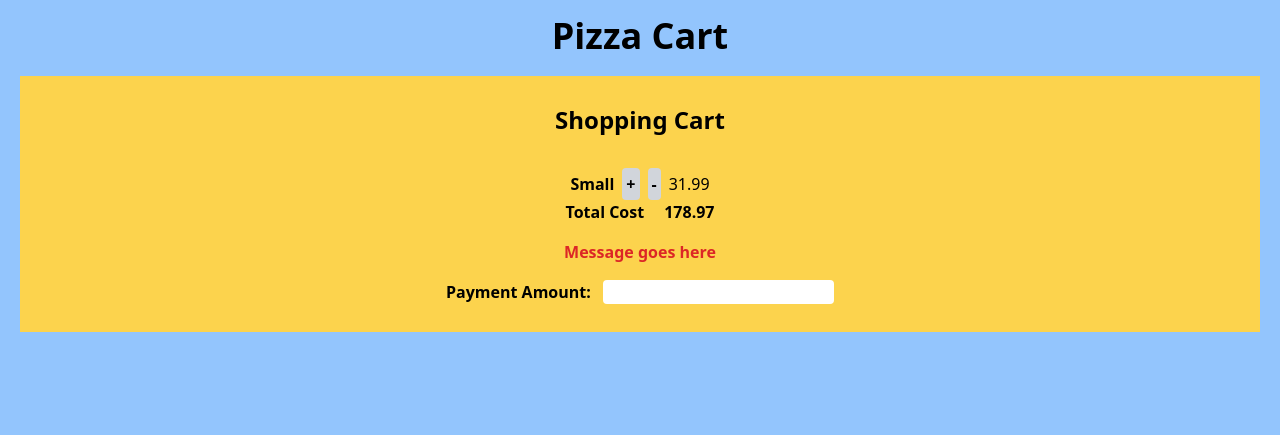
Repository: lasity34/pizza_cart
Page: index.html
The author's editor kept a copy of each file at every save. The page is drawn from the files as they stood at one save, then again after the next save.
The browser window is 1280 px wide. The pictures show the whole page.
Some web libraries are served in a nearby version.

Above is the page before, as saved 2023-07-11 08:49:08.

After the next save:
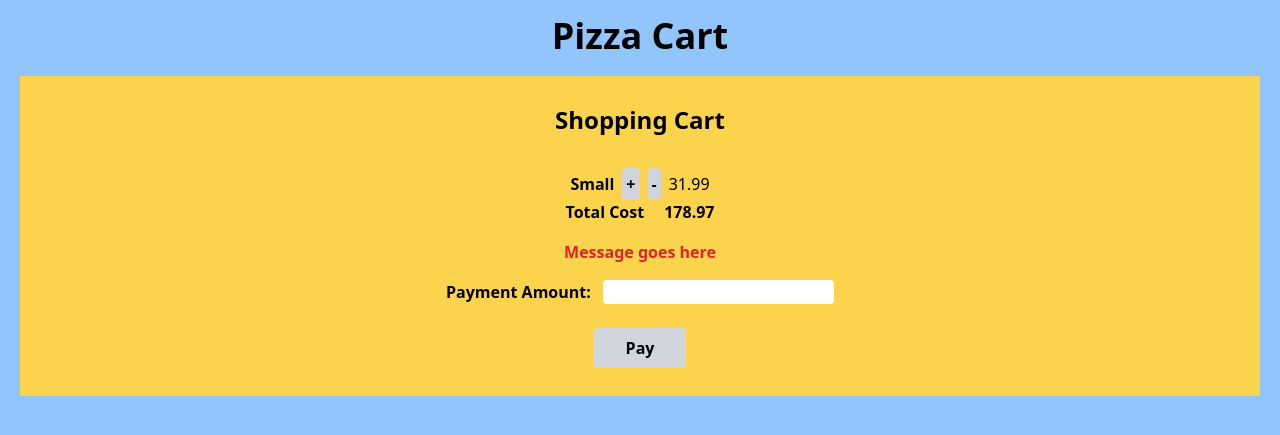
Saved 2 min 28 s later.
--- a/index.html
+++ b/index.html
@@ -42,6 +42,9 @@
             <label class="font-bold">Payment Amount:</label>
             <input type="text" class="rounded ml-2" />
         </div>
+        <div class="mt-6">
+            <button class="bg-gray-300 py-2 px-8 rounded font-bold">Pay</button>
+        </div>
       </div>
     </section>
   </body>
